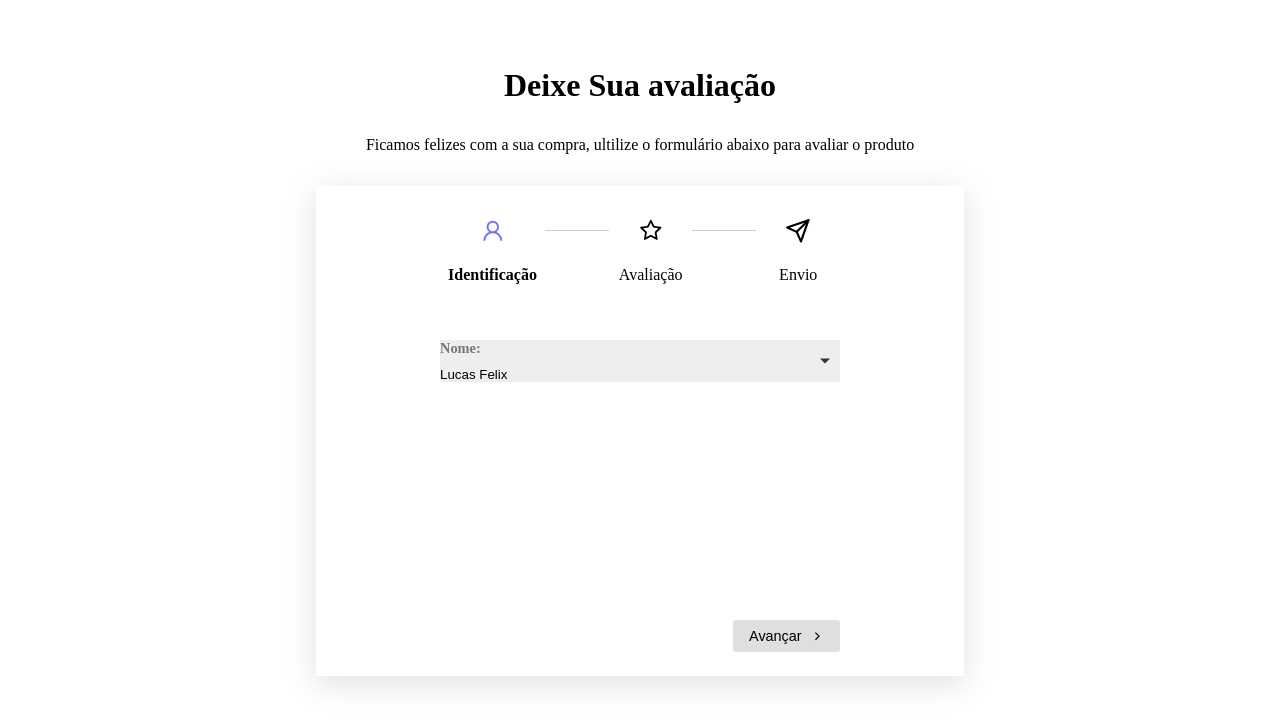
Repository: pheonix5/formulario_stap
Page: /
An editor plug-in stored every save of this project. The page is shown before and after the next save, followed by the edit.
The browser window is 1280 px wide. The pictures show the whole page.
The project was rebuilt for these pictures with package versions that can differ from the ones it lists, and the page was loaded fresh each time. Also part of the build but not shown: vite.config.js, src/components/ReviewForm.css, src/components/ReviewForm.tsx, src/components/Thanks.css, src/components/Thanks.tsx.

Above is the page before, as saved 2023-05-24 21:20:48.

### index.html
<!DOCTYPE html>
<html lang="en">
  <head>
    <meta charset="UTF-8" />
    <link rel="icon" type="image/svg+xml" href="/vite.svg" />
    <meta name="viewport" content="width=device-width, initial-scale=1.0" />
    <title>Multistep com React</title>
    <link rel="preconnect" href="https://fonts.googleapis.com">
    <link rel="preconnect" href="https://fonts.gstatic.com" crossorigin>
    <link href="https://fonts.googleapis.com/css2?family=Barlow:ital,wght@0,100;0,200;0,300;0,400;0,500;0,600;0,700;0,800;0,900;1,100;1,200;1,300;1,400;1,500;1,600;1,700;1,800;1,900&display=swap" rel="stylesheet">
  </head>
  <body>
    <div id="root"></div>
    <script type="module" src="/src/main.jsx"></script>
  </body>
</html>

### src/main.jsx
import React from 'react'
import ReactDOM from 'react-dom/client'
import { router } from './App'

import { RouterProvider } from 'react-router-dom'

ReactDOM.createRoot(document.getElementById('root')).render(
  <React.StrictMode>
    <RouterProvider router={router}/>
  </React.StrictMode>,
)

### src/App.jsx

import { createBrowserRouter } from 'react-router-dom'

import Formulario from './pages/Formulario'

const router = createBrowserRouter([
  {
    path: '/',
    element: <Formulario/>
  }
])

export { router };

### src/pages/Formulario/index.tsx
/* eslint-disable react/jsx-key */
/* eslint-disable no-unused-vars */
// Components
import React, { useState } from 'react';

import {GrFormNext, GrFormPrevious} from 'react-icons/gr';
import { FiSend } from 'react-icons/fi';
import UserForm from '../../components/UserForm';
import ReviewForm from '../../components/ReviewForm';
import Thanks from '../../components/Thanks';
import Steps from '../../components/Steps';

// Hooks
import { useForm } from '../../hooks/useForm'
import './style.css'

const formTemplate ={
  name: "",
  email: "",
  review: "",
  comment: "",
}


export default function Formulario() {
  const [data, setData] = useState(formTemplate);

  const updateFieldHandler = (key, value) => {
    setData((prev) => {
      return {...prev, [key]: value};
    })
  }

  const formComponents = [
    <UserForm data={data} updateFieldHandler={updateFieldHandler}/>,
    <ReviewForm data={data} updateFieldHandler/>,
    <Thanks data={data}/>
  ];

  const { currentStep, currentComponent, changeStep, isLastStep, isFirstStep } = useForm(formComponents);

  return (
   <div className='app'>

    <div className="header">
      <h2>Deixe Sua avaliação</h2>
      <p>Ficamos felizes com a sua compra, ultilize o formulário abaixo para avaliar o produto</p>
    </div>

    <div className="form-container">
      <Steps currentStep={currentStep}/>
      <form onSubmit={(e) => changeStep(currentStep + 1, e)}>
        <div className="inputs-container">{currentComponent}</div>
        <div className="actions">

          {!isFirstStep && (
            <button type='button' onClick={() => changeStep(currentStep -1 )}>
              <GrFormPrevious/>
              <span>Voltar</span>
          </button>
          )}

          {!isLastStep ? (
            <button type='submit'>
              <span>Avançar</span>
              <GrFormNext/>
            </button>
          ) : (
            <button type='button'>
            <span>Enviar</span>
            <FiSend/>
          </button>
          )}

        </div>
      </form>
    </div>

   </div>
  )
}

### src/components/UserForm.tsx
import React from "react";
import './Userform.css'

const UserForm = ({ data, updateFieldHandler }) =>{
  return (
    <div>
      <div className="form-control">
        <label htmlFor="">Nome:</label>
        {/* <input
          type="text"
          name="text"
          id="name"
          placeholder="Digite o seu nome"
          required
          value={data.name || ""}
          onChange={(e) => updateFieldHandler('name', e.target.value)}
        /> */}

        <select
          name="text"
          id="name"
        >

          <option  value={data.name || "Lucas"}>Lucas Felix</option>
          <option  value={data.name || "Camila"}>Camila Vitoria</option>
          <option  value={data.name || "Amanda"}>Amanda Caroline</option>
          <option  value={data.name || "Ronara"}>Ronara Fernanda</option>
        </select>
      </div>

    </div>
  )
}

export default UserForm;

### src/components/Steps.jsx
import { AiOutlineUser, AiOutlineStar } from 'react-icons/ai';
import { FiSend } from 'react-icons/fi'

import React from "react"
import './Steps.css'

const Steps = ({ currentStep }) =>{
  return (
    <div className="steps">
      <div className="step active">
        <AiOutlineUser/>
        <p>Identificação</p>
      </div>
      <div className={`step ${currentStep >= 1 ? "active" : ""}`}>
        <AiOutlineStar/>
        <p>Avaliação</p>
      </div>
      <div className={`step ${currentStep >= 2 ? "active" : ""}`}>
        <FiSend/>
        <p>Envio</p>
      </div>
    </div>
  )
}

export default Steps;

### src/hooks/useForm.jsx
/* eslint-disable no-unused-vars */
import { useState } from "react";

export function useForm(steps){
  const [currentStep, setCurrentStep] = useState(0)

  function changeStep(i, e){
    if(e) e.preventDefault();

    if(i < 0 || i >= steps.length) return;

    setCurrentStep(i)
  }

  return{
    currentStep,
    currentComponent: steps[currentStep],
    changeStep,
    isLastStep: currentStep +1 === steps.length ? true : false,
    isFirstStep: currentStep === 0 ? true : false,
  }
}

### src/pages/Formulario/style.css
.app{
  padding: 2rem;
}

/* Cabeçalho*/
.header{
  text-align: center;
  margin-bottom: 2rem;
}

.header h2{
  font-size: 2rem;
  margin-bottom: 2rem;
}

/* Forms  */
.form-container{
  max-width: 600px;
  margin: 0 auto;
  background-color: #FFF;
  padding: 1.5rem;
  box-shadow: rgba(100, 100, 111, 0.2) 0px 7px 29px 0px;
}

.form-container form{
  max-width: 400px;
  margin: 0 auto;
}

.inputs-container{
  min-height: 280px;
}

.form-control {
  display: flex;
  flex-direction: column;
  gap: 0.6rem;
  margin-bottom: 2rem;
}

label{
  font-weight: bold;
  color: #777;
  font-size: 0.9rem;
}

input,
textarea{
  padding: .6rem;
  border: none;
  border-radius: 3px;
  box-shadow: rgba(99, 99, 99, 0.2) 0px 2px 8px 0;
}

textarea{
  height: 120px;
}

/* Actions */
.actions{
  display: flex;
  justify-content: flex-end;
  gap: 1rem;
}

.actions button{
  font-size: .9rem;
  padding: .5rem 1rem;
  display: flex;
  gap: 0.5rem;
  align-items: center;
  border-radius: 3px;
  background-color: #DFDFDF;
  cursor: pointer;
  border: none;
  transition: 0.3s;
}

.actions button:hover{
  background-color: #CFCFCF;
}

### src/components/UserForm.css
.form-control {
  position: relative;
  overflow: hidden;
  background: #eee;
  color: #333;
}

.form-control select{
  width: 100%;
  height: 100%;
  margin: 0;
  padding: 0;
  border: none;
  outline: none;
  background: transparent;
  appearance: none;
}

.form-control::after{
  content: "";
  position: absolute;
  right: 10px;
  top: 50%;
  transform: translateY(-50%);
  width: 0;
  height: 0;
  border-left: 5px solid transparent;
  border-right: 5px solid transparent;
  border-top: 5px solid #333;
}

### src/components/Steps.css
.steps{
  display: flex;
  gap: 4rem;
  justify-content: center;
  align-items: center;
  max-width: 400px;
  margin: 0 auto;
  position: relative;
  margin-bottom: 2rem;
}

.steps::after{
  content: "";
  width: 380px;
  border-bottom: 1px solid #ccc;
  position: absolute;
  top: 20px
}

.step{
  text-align: center;
  background-color: #FFF;
  z-index: 1;
  width: 120px;
  padding: 0.5rem;
}

.step svg{
  font-size: 1.6rem;
  margin-bottom: .2rem;
}

.active{
  font-weight: bold;
}

.active svg{
  fill: #7076f4;
}

After the next save:
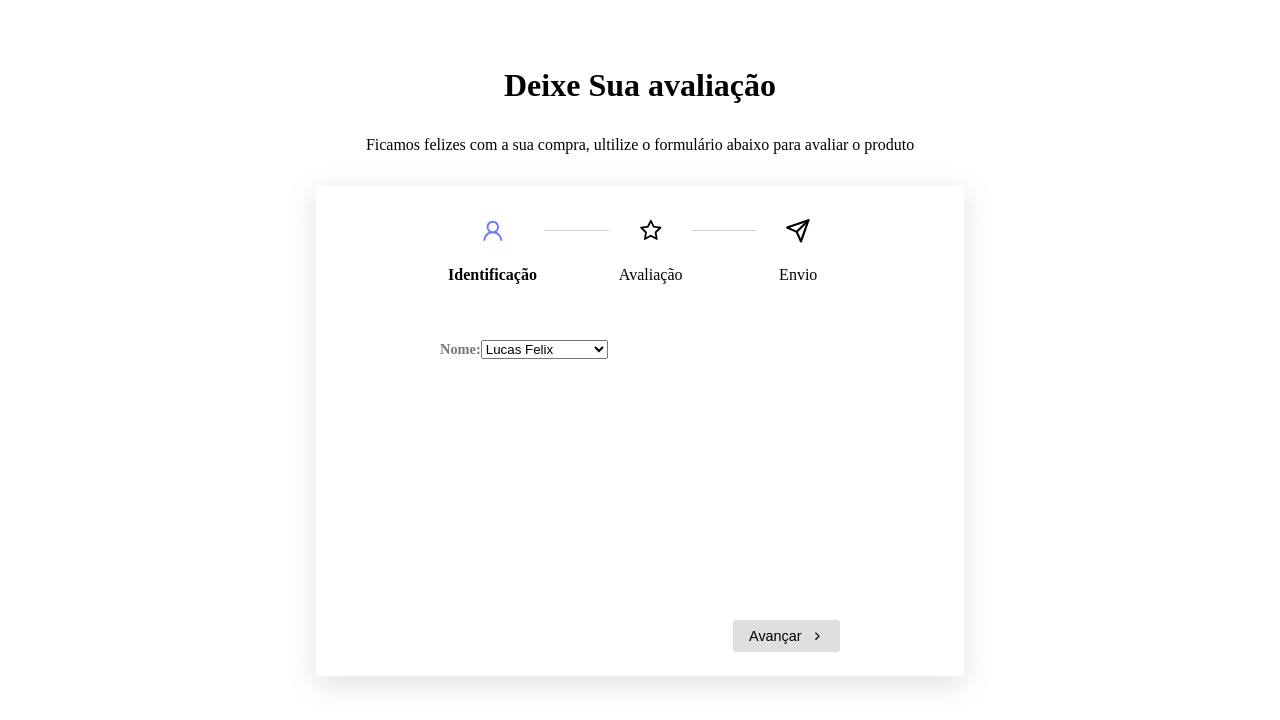
Saved 41 s later.
--- a/src/components/UserForm.tsx
+++ b/src/components/UserForm.tsx
@@ -4,7 +4,7 @@
 const UserForm = ({ data, updateFieldHandler }) =>{
   return (
     <div>
-      <div className="form-control">
+      <div className="select">
         <label htmlFor="">Nome:</label>
         {/* <input
           type="text"
